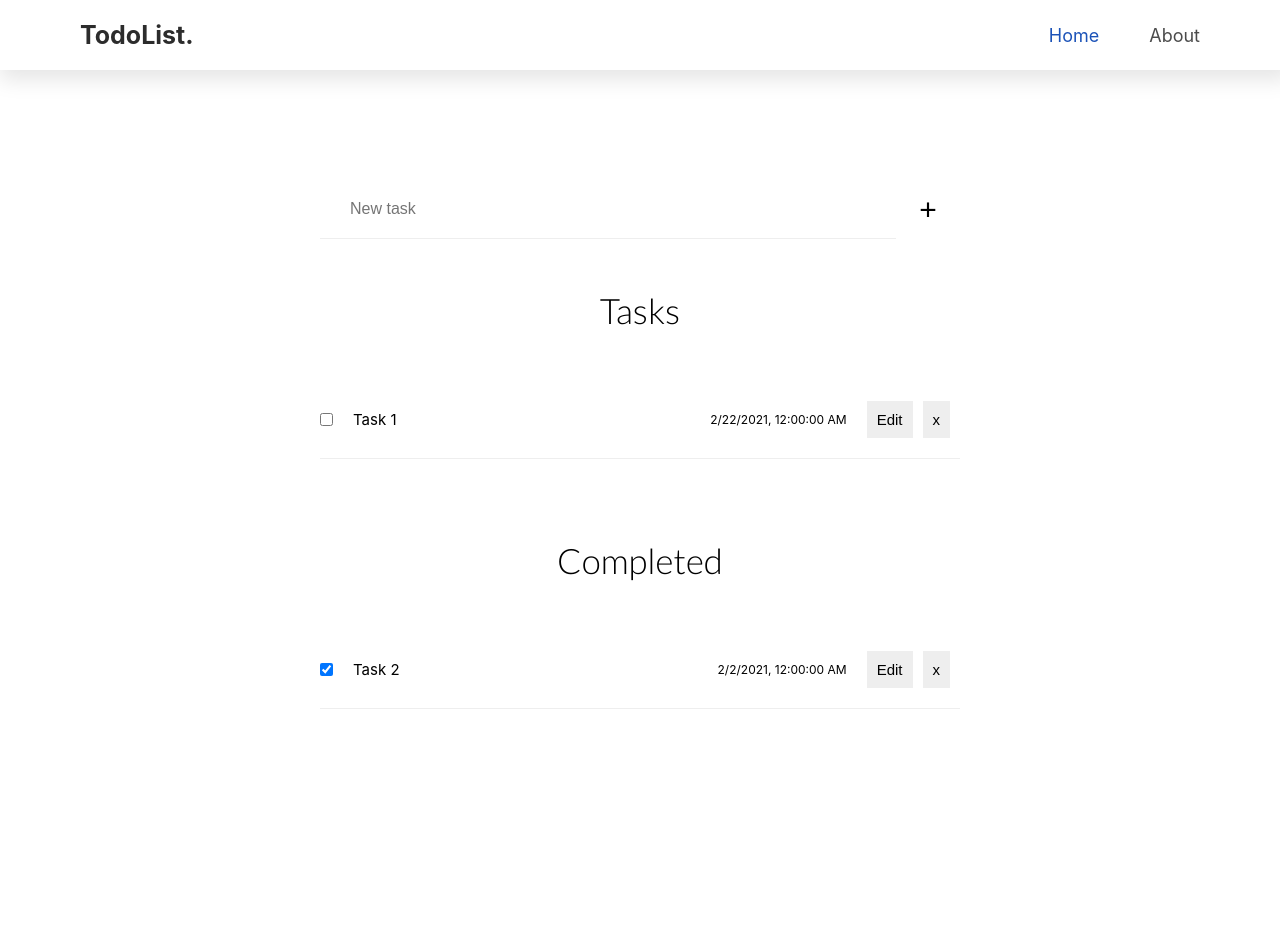
Repository: dqhuy153/react-todoList
Page: /
These files come from the project's save history. The page is drawn as it stood at one moment and after the next save; the edit follows.
The browser window is 1280 px wide. The pictures show the whole page.
The project was rebuilt for these pictures with package versions that can differ from the ones it lists, and the page was loaded fresh each time. Also part of the build but not shown: src/components/UI/LoadingSpinner.module.scss.

Above is the page before, as saved 2021-09-16 22:20:00.

### src/App.js
import React, { Suspense } from 'react';
import { Switch, Route } from 'react-router-dom';

import './App.css';
import Layout from './components/layout/Layout';
import LoadingSpinner from './components/UI/LoadingSpinner';

const Home = React.lazy(() => import('./components/pages/Home'));
const About = React.lazy(() => import('./components/pages/About'));

function App() {
  return (
    <Layout>
      <Suspense
        fallback={
          <div className="centered">
            <LoadingSpinner />
          </div>
        }
      >
        <Switch>
          <Route path="/" exact>
            <Home />
          </Route>
          <Route path="/about">
            <About />
          </Route>
          {/* <Route path="/products" exact>
          <Products />
        </Route>
        <Route path="/products/:productId">
          <ProductDetail />
        </Route> */}
        </Switch>
      </Suspense>
    </Layout>
  );
}

export default App;

### src/App.css
@import url('https://fonts.googleapis.com/css2?family=Lato:ital,wght@0,100;0,300;0,400;0,700;0,900;1,100;1,300;1,400;1,700;1,900&display=swap');

* {
  box-sizing: border-box;
  font-size: 62.5%;
  padding: 0;
  margin: 0;
}

.centered {
  margin: 3rem auto;
  text-align: center;
  display: flex;
  justify-content: center;
  align-items: center;
}

### src/components/layout/Layout.js
import React, { Fragment } from 'react';
import AppNavigation from './AppNavigation';

import styles from './Layout.module.scss';

export default function Layout(props) {
  return (
    <Fragment>
      <AppNavigation logoTitle="TodoList." />
      <main className={styles.main}>{props.children}</main>
    </Fragment>
  );
}

### src/components/UI/LoadingSpinner.js
import styles from './LoadingSpinner.module.scss';

const LoadingSpinner = () => {
  return <div className={styles.spinner}></div>;
};

export default LoadingSpinner;

### src/components/pages/Home.js
import { useState } from 'react';
import TodoList from '../todos/TodoList';

import styles from './Home.module.scss';

const initTodoList = [
  {
    id: 1,
    title: 'Task 1',
    date: new Date('2/22/2021'),
    completed: false,
  },
  {
    id: 2,
    title: 'Task 2',
    date: new Date('2/2/2021'),
    completed: true,
  },
];

export default function Home(props) {
  const [todoList, setTodoList] = useState(initTodoList);
  const [newTask, setNewTask] = useState();

  const handleStatusChange = (id) => {
    let updatedTodoList = todoList.map((todo) => {
      if (todo.id === id) {
        todo.completed = !todo.completed;
      }
      return todo;
    });

    setTodoList(updatedTodoList);
  };

  const handleNewTaskChange = (e) => {
    setNewTask(e.target.value);
  };

  const handleAddNew = () => {
    setTodoList((prev) => [
      ...prev,
      {
        id: Math.random(),
        title: newTask,
        date: new Date(),
        completed: false,
      },
    ]);

    setNewTask('');
  };

  return (
    <div className={styles.container}>
      <div className={styles.add}>
        <input
          placeholder="New task"
          value={newTask}
          onChange={handleNewTaskChange}
        />
        <button onClick={handleAddNew}>+</button>
      </div>
      <h1>Tasks</h1>
      <TodoList
        items={todoList.filter((i) => i.completed === false)}
        onStatusChange={handleStatusChange}
      />
      <h1 className={styles['completed-title']}>Completed</h1>
      <TodoList
        items={todoList.filter((i) => i.completed === true)}
        onStatusChange={handleStatusChange}
      />
    </div>
  );
}

### src/components/layout/AppNavigation.js
import React from 'react';
import { NavLink } from 'react-router-dom';

import styles from './AppNavigation.module.scss';

export default function AppNavigation({ logoTitle = 'Demo.', ...props }) {
  return (
    <header className={styles.header}>
      <div className={styles.logo}>{logoTitle}</div>
      <nav>
        <ul>
          <li>
            <NavLink to="/" exact activeClassName={styles.active}>
              Home
            </NavLink>
          </li>
          <li>
            <NavLink to="/about" activeClassName={styles.active}>
              About
            </NavLink>
          </li>
        </ul>
      </nav>
    </header>
  );
}

### src/components/todos/TodoList.js
import React from 'react';
import TodoItem from './TodoItem';

import styles from './TodoList.module.scss';

export default function TodoList({ items, onStatusChange, ...props }) {
  return (
    <ul className={styles.container}>
      {items.map((item) => (
        <li key={item.id}>
          <TodoItem
            id={item.id}
            title={item.title}
            date={item.date}
            completed={item.completed}
            onStatusChange={onStatusChange}
          />
        </li>
      ))}
    </ul>
  );
}

### src/components/pages/Home.module.scss
.container {
  padding: 18rem 0;

  h1 {
    text-align: center;
    font-family: 'Lato', sans-serif;
    font-weight: 300;
    font-size: 3.5rem;
  }

  .completed-title {
    margin-top: 8rem;
  }

  .add {
    text-align: center;
    margin-bottom: 5rem;
    display: flex;
    align-items: center;
    justify-content: center;

    input {
      border: none;
      border-bottom: 1px solid #eee;
      font-size: 1.6rem;
      width: 45%;
      padding: 2rem 3rem;
      outline: none;
    }

    button {
      width: 5%;
      background: none;
      border: none;
      font-size: 3rem;
      font-weight: 100;
      cursor: pointer;
    }
  }
}

### src/components/layout/AppNavigation.module.scss
.header {
  width: 100%;
  height: 7rem;
  display: flex;
  align-items: center;
  justify-content: space-between;
  background-color: #ffffff;
  padding: 0 8rem;
  box-shadow: 5px 5px 20px 5px rgba(0, 0, 0, 0.1);
  position: fixed;
}

.logo {
  font-size: 2.5rem;
  color: rgb(44, 44, 44);
  font-weight: bold;
}

.header ul {
  list-style: none;
  margin: 0;
  padding: 0;
  display: flex;
  align-items: baseline;
}

.header li {
  margin-left: 5rem;
}

.header a {
  text-decoration: none;
  font-size: 1.8rem;
  color: #4b4b4b;
}

.header a:hover,
.header a:active,
.header a.active {
  color: rgb(28, 83, 184);
}

### src/components/todos/TodoItem.js
import styles from './TodoItem.module.scss';

export default function TodoItem({
  id,
  title,
  date,
  completed,
  onStatusChange,
  ...props
}) {
  return (
    <div className={`${styles.container} ${styles.flex}`}>
      <div className={`${styles.task} ${styles.flex}`}>
        <input
          type="checkbox"
          checked={completed}
          onChange={() => onStatusChange(id)}
        />
        <p>{title}</p>
      </div>
      <div className={`${styles.info} ${styles.flex}`}>
        <p className={styles.date}>{date.toLocaleString()}</p>
        <div className={`${styles.buttons} ${styles.flex}`}>
          <button>Edit</button>
          <button>x</button>
        </div>
      </div>
    </div>
  );
}

### src/components/todos/TodoList.module.scss
.container {
  text-align: center;
  width: 50%;
  margin: 5rem auto;
  list-style: none;
}

### src/components/todos/TodoItem.module.scss
.container {
  padding: 2rem 0;
  border-bottom: 1px solid #eee;
}

.task {
  p {
    padding-left: 2rem;
    font-size: 1.5rem;
  }
}

.date {
  font-size: 1.2rem;
  margin-right: 2rem;
}

.buttons {
  button {
    border: none;
    background: #eee;
    font-size: 1.5rem;
    padding: 1rem;
    margin-right: 1rem;
  }
}

.flex {
  display: flex;
  align-items: center;
  justify-content: space-between;
}

Loaded but not shown: public/index.html (common file); src/index.js (common file); src/index.css (common file); src/reportWebVitals.js (common file); src/components/layout/Layout.module.scss (no stored copy; drawn as an empty file)

After the next save:
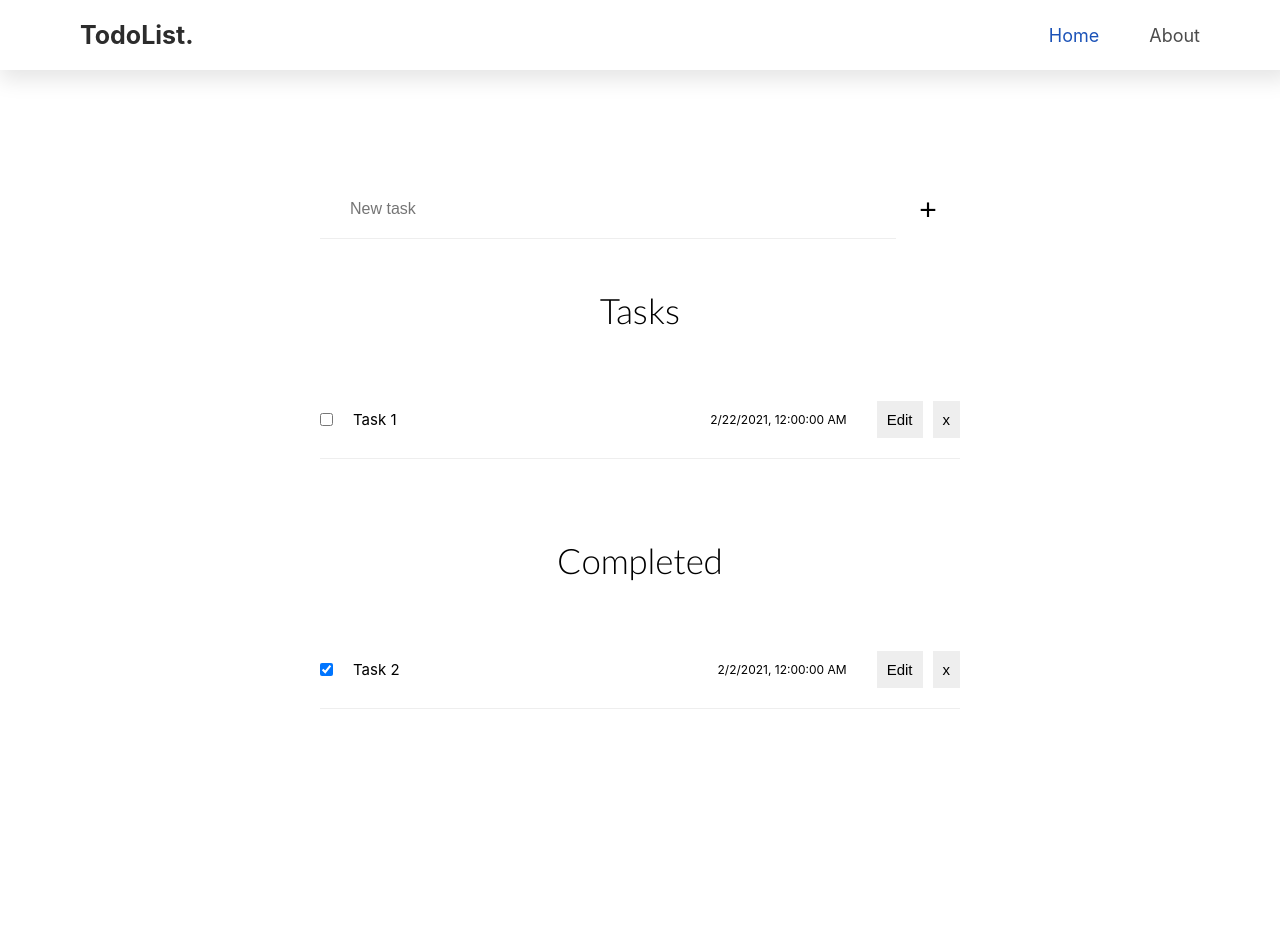
Saved 8 s later.
--- a/src/components/todos/TodoItem.module.scss
+++ b/src/components/todos/TodoItem.module.scss
@@ -21,7 +21,7 @@
     background: #eee;
     font-size: 1.5rem;
     padding: 1rem;
-    margin-right: 1rem;
+    margin-left: 1rem;
   }
 }
 
